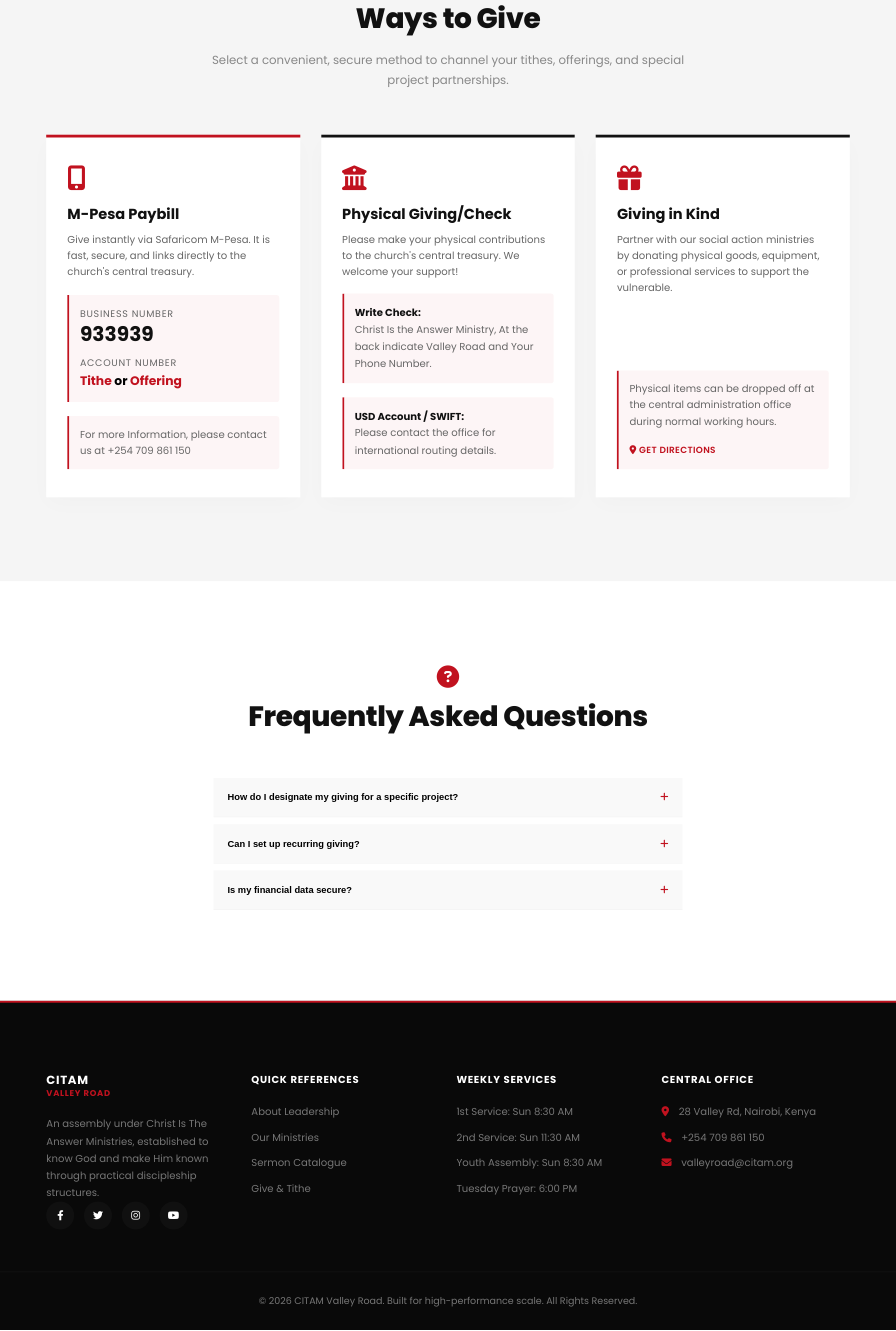
Repository: jereworks/CITAMVRD-Website
Page: give.html
An editor plug-in stored every save of this project. The page is shown before and after a run of saves, followed by the edit.
The browser window is 1280 px wide. The pictures show the part of the page from y = 628 to 2548 px (the page is 2529 px tall before and 2548 px after), at 70% of full size.

Above is the page before, as saved 2026-06-12 07:36:10.

After the next 2 saves:
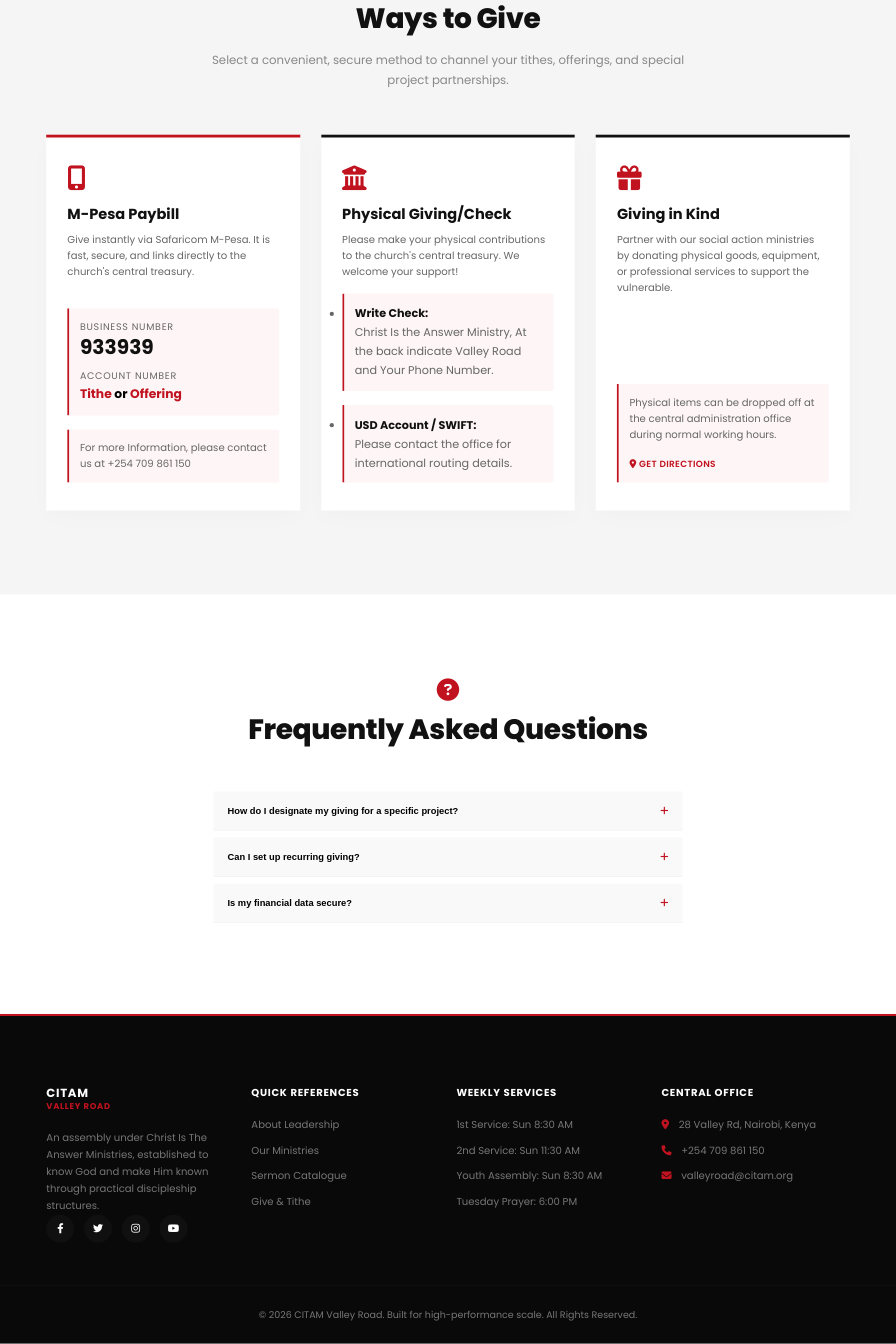
The 2 saves are shown as one change because they came seconds apart.
The last was saved 19 s later.
--- a/give.html
+++ b/give.html
@@ -115,7 +115,7 @@
                     <p style="flex-grow: 1;">Please make your physical contributions to the church's central treasury. We welcome your support!</p>
 
                     <div>
-                        <ul style="list-style: none; font-size: 0.9rem;">
+                        <ul>
                             <li style="background: rgba(193, 18, 31, 0.04); border-left: 3px solid var(--primary); padding: 15px; margin-top: 20px; border-radius: 0 4px 4px 0;">
                                 <strong style="color: var(--dark); display: block;">Write Check:</strong>
                                 Christ Is the Answer Ministry, At the back indicate Valley Road and Your Phone Number.

After the save that followed:
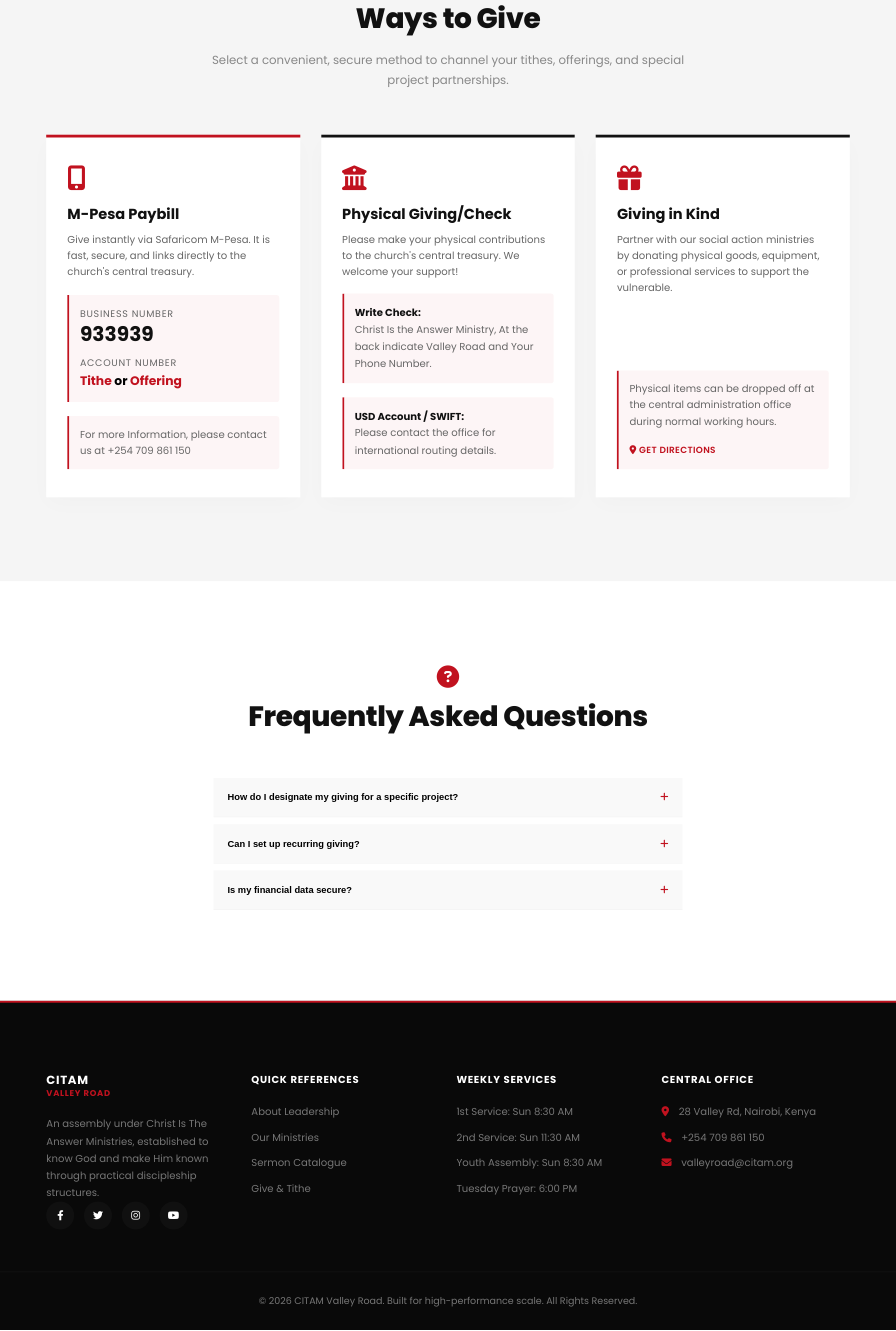
Saved 9 s later.
--- a/give.html
+++ b/give.html
@@ -115,7 +115,7 @@
                     <p style="flex-grow: 1;">Please make your physical contributions to the church's central treasury. We welcome your support!</p>
 
                     <div>
-                        <ul>
+                        <ul style="list-style: none; font-size: 0.9rem;">
                             <li style="background: rgba(193, 18, 31, 0.04); border-left: 3px solid var(--primary); padding: 15px; margin-top: 20px; border-radius: 0 4px 4px 0;">
                                 <strong style="color: var(--dark); display: block;">Write Check:</strong>
                                 Christ Is the Answer Ministry, At the back indicate Valley Road and Your Phone Number.
